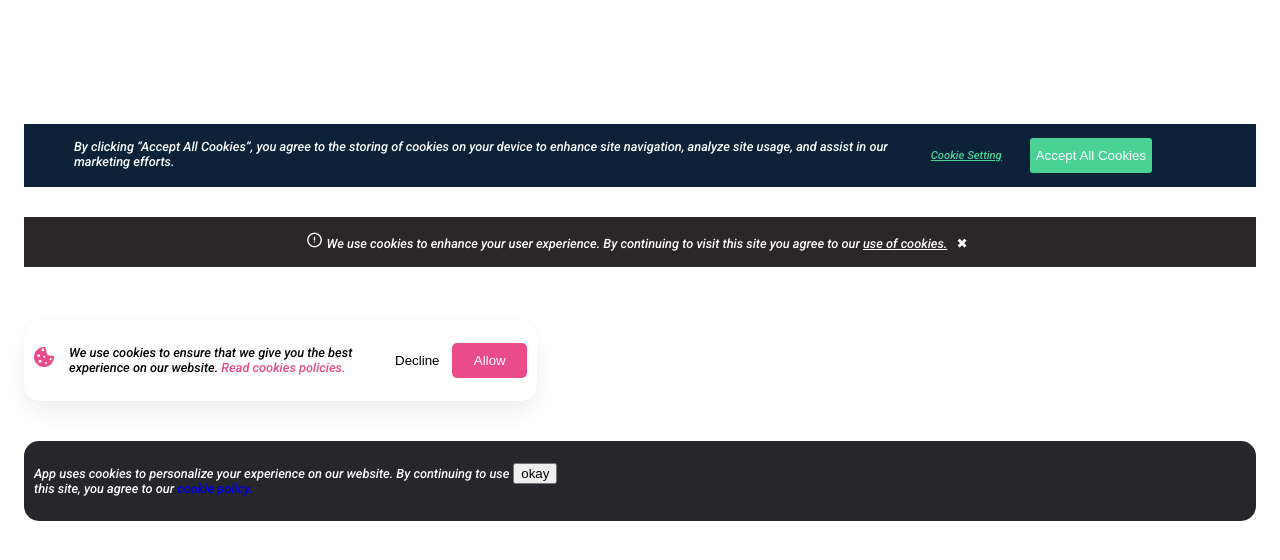
Repository: batonAnton/cursor_cookies_lectr3
Page: index.html
These files come from the project's save history. The page is drawn as it stood at one moment and after the next save; the edit follows.
The browser window is 1280 px wide. The pictures show the whole page.

Above is the page before, as saved 2022-06-01 13:21:31.

After the next save:
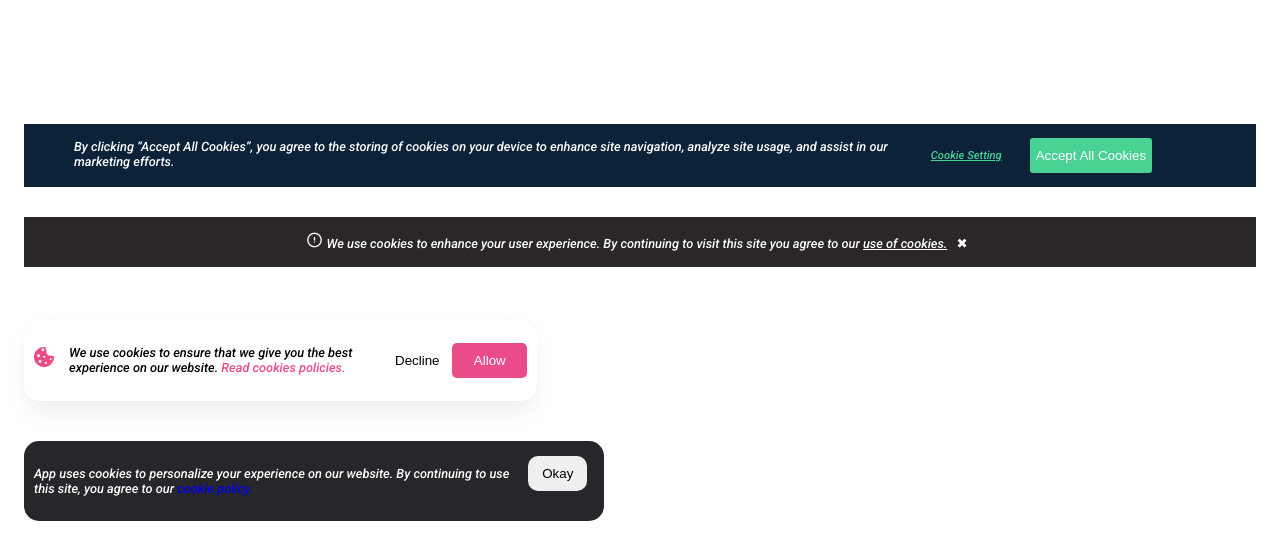
Saved 5 min 21 s later.
--- a/css/style.css
+++ b/css/style.css
@@ -110,7 +110,7 @@ p {
   border-radius: 15px;
   padding: 10px;
   display: block;
-  /* width: 500px; */
+  width: 560px;
 }
 
 .banner_4 p {
@@ -120,8 +120,14 @@ p {
 
 .banner_4 a {
   display: contents;
+  color: ;
 }
 
-
 .banner_4 button {
+    margin-left: 15px;
+    border-radius: 10px;
+    width: 59px;
+    height: 35px;
+    text-transform: capitalize;
+    border:none;
 }
